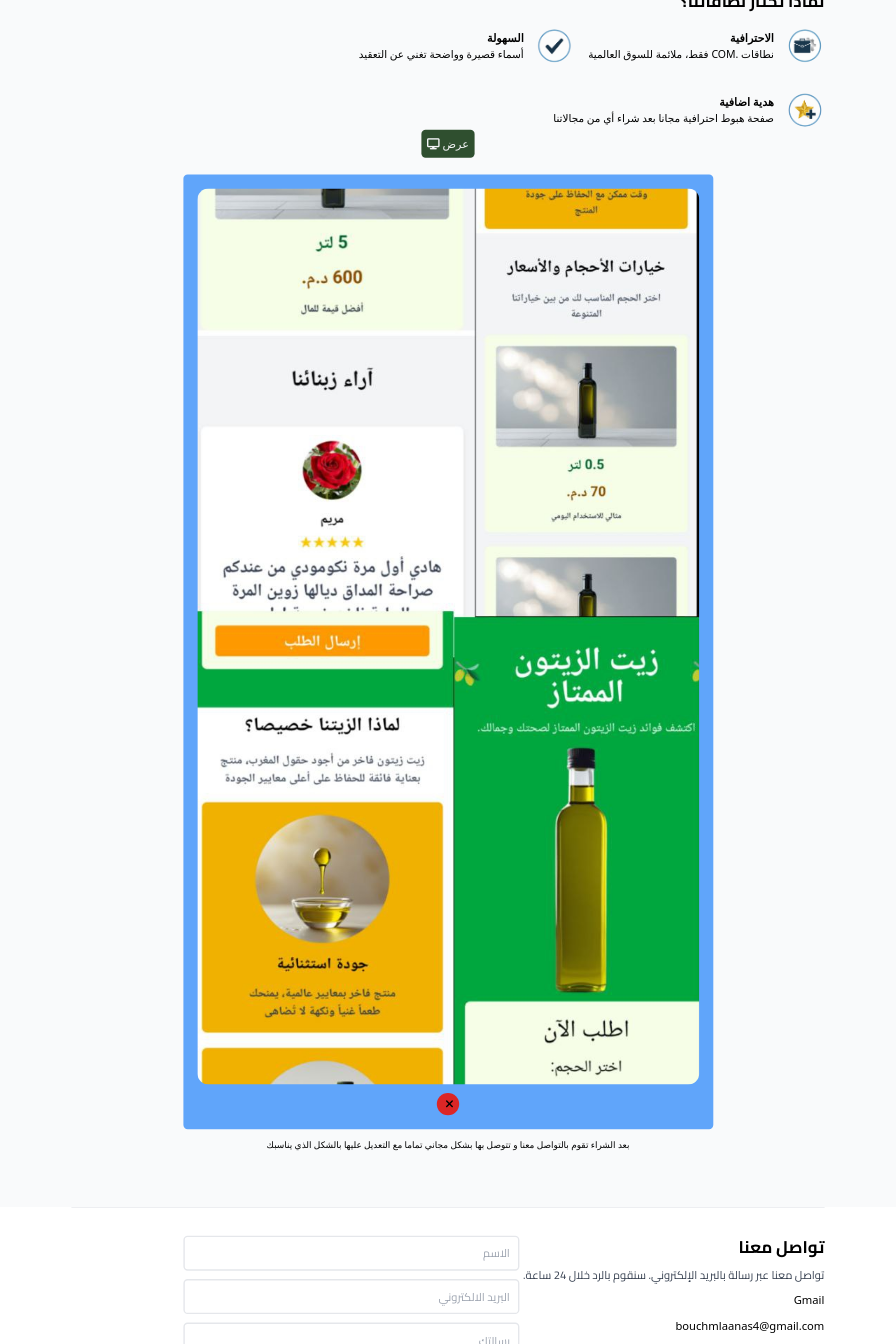
Repository: zakaria-bn05/Olive-oil-domaine-names-english-version
Page: index.html
An editor plug-in stored every save of this project. The page is shown before and after the next save, followed by the edit.
The browser window is 1280 px wide. The pictures show the part of the page from y = 2005 to 3925 px (the page is 4159 px tall before and 3022 px after), at 70% of full size.
Some web libraries are served in a nearby version.

Above is the page before, as saved 2025-11-19 04:32:42.

### index.html
<!DOCTYPE html>
<html lang="ar" dir="rtl">

<head>
    <meta charset="UTF-8">
    <meta name="viewport" content="width=device-width, initial-scale=1.0">
    <link rel="icon" type="image/x-icon" href="assets/logo.png">
    <link rel="stylesheet" href="https://cdnjs.cloudflare.com/ajax/libs/font-awesome/6.5.1/css/all.min.css">
    <script src="https://cdn.tailwindcss.com"></script>
    <link href="https://fonts.googleapis.com/css2?family=Cairo:wght@300;400;600;700;800&display=swap" rel="stylesheet">
    <title src="">بيع نطاقات زيت الزيتون .COM</title>
    <style>
        .font-cairo {
            font-family: 'Cairo', system-ui, -apple-system, 'Segoe UI', Roboto, sans-serif;
        }

        .nav-link {
            font-size: 0.95rem;
            font-weight: 600;
        }

        .nav-link:hover {
            opacity: 0.92;
        }

        .bg-olive-btn {
            background-color: #2f4f2f;
        }

        .bg-olive-btn:hover {
            filter: contrast(80%);
        }

        .header {
            height: 445px;
            background-image: url('assets/header-picture.jpg');
            background-size: cover;
            background-position: center;
        }

        .table-spaced {
            border-collapse: separate;
            border-spacing: 0 0.9rem;
        }

        .table-spaced th,
        .table-spaced td {
            background: white;
            padding: 0.75rem 1rem;
            border-radius: 8px;
        }

        .table-spaced thead th {
            background: transparent;
            font-weight: 700;
        }

        @media (max-width: 768px) {

            nav {
                margin-top: -40px;
            }

            .special-domaine {
                width: 400px
            }

            .buy-reason {
                padding-left: auto;
            }
        }
    </style>
</head>

<body class="min-h-screen flex flex-col">
    <main class="font-Cairo w-full flex flex-col bg-gray-50 text-gold-dark ">
        <nav
            class="sticky md:top-0 z-30 bg-white/60 backdrop-blur-sm flex w-full h-26 md:h-16 px-[4%] md:px-[8%] items-center justify-between md:gap-1">

            <div class=" flex items-center gap-[2%]">
                <img src="assets/logo.png" class=" w-8 cursor-pointer alt=" OliveDomains Logo">
                <div>
                    <p class="text-right font-bold">OliveDomains</p>
                    <p class="text-xs font-cairo w-30">نطاقات .COM لعلامات زيت الزيتون</p>
                </div>
            </div>
            <div class="flex items-center mt-28 mb-2 md:m-0 gap-4">
                <a id="full-list" class="text-green-900 nav-link font-cairo w-18 cursor-pointer md:w-max ">القائمة
                    الكاملة</a>
                <a id="" class="special text-green-900 nav-link font-cairo cursor-pointer ">مميزة</a>
                <a id="contact"
                    class="bg-olive-btn rounded-md p-[4px] md:p-[6px] text-gray-100 nav-link font-cairo cursor-pointer md:w-max">تواصل
                    معنا</a>
            </div>
        </nav>
        <header class="header flex items-center justify-center z-10 relative ">
            <div class="bg-white rounded-2xl backdrop-blur-sm bg-opacity-30 w-4/5 p-11 flex flex-col gap-3 ">
                <h1 class="font-cairo text-4xl font-bold text-right "> ابدأ علامتك التجارية لزيت الزيتون اليوم.</h1>
                <p class="text-gray-700 text-right text-ms ">
                    نقدم لك أسماء نطاقات .COM قصيرة، سهلة التذكر، وجاهزة للانطلاق.
                </p>
                <div class="flex md:flex-row flex-col gap-3 mt-4 ">
                    <button class="special font-cairo bg-olive-btn px-3 py-2 text-gray-100 rounded-md">استعرض النطاقات
                        المميزة
                    </button>
                    <button id="full-list-2" class="font-cairo px-3 py-2 rounded-md border-2 border-green-900 ">عرض
                        القائمة
                        الكاملة
                    </button>
                </div>
            </div>
        </header>
        <article class="px-[8%] py-10">
            <h1 class="font-cairo text-2xl font-bold">النطاقات المميزة</h1>
            <p class="font-cairo text-xm text-gray-700 ">أفضل النطاقات الجاهزة للاستعمال - قصيرة، راقية، وجاهزة لعلامتك.
            </p>
            <div class="flex gap-3 flex-wrap justify-center">
                <div
                    class="special-domaine bg-white border-2 border-gray-300 rounded-md p-5 mt-5 w-100 flex flex-col gap-3 ">
                    <p class=" font-cairo text-xm text-gray-700 ">نطاق
                    </p>
                    <p class=" font-cairo text-xl text-gray-700 font-bold ">goldenzayt.com
                    </p>
                    <p class=" font-cairo text-xm text-gray-700 ">اسم راق وسهل التذكر لماركات زيت الزيتون
                    </p>
                    <div class="flex items-center mt-auto w-full justify-between">

                        <p class=" font-cairo text-xl text-gray-700 font-bold mt-3 ">$80</p>
                        <div class="justify-end">
                            <button class="selling bg-olive-btn px-3 py-2 text-gray-100 rounded-md mt-3">اشترِ الآن
                            </button>
                            <button class="negotiate font-cairo bg-olive-btn px-3 py-2 bg-gray-100 rounded-md mt-3">
                                تفاوض
                            </button>
                        </div>

                    </div>
                </div>
                <div
                    class="special-domaine bg-white border-2 border-gray-300 rounded-md p-5 w-100 mt-5 flex flex-col gap-3 ">
                    <p class=" font-cairo text-xm text-gray-700 ">نطاق
                    </p>
                    <p class=" font-cairo text-xl text-gray-700 font-bold ">luxuryzayt.com
                    </p>
                    <p class=" font-cairo text-xm text-gray-700 ">ملائم للمنتجات الفاخرة والسوق الراقية
                    </p>
                    <div class="flex items-center mt-auto w-full justify-between">

                        <p class=" font-cairo text-xl text-gray-700 font-bold mt-3 ">$80</p>
                        <div class="justify-end">
                            <button href="" class="selling bg-olive-btn px-3 py-2 text-gray-100 rounded-md mt-3">اشترِ
                                الآن
                            </button>
                            <button class="negotiate font-cairo bg-olive-btn px-3 py-2 bg-gray-100 rounded-md mt-3">
                                تفاوض
                            </button>
                        </div>
                    </div>
                </div>
                <div
                    class="special-domaine bg-white border-2 border-gray-300 rounded-md p-5 mt-5 w-100 flex flex-col gap-3 ">
                    <p class=" font-cairo text-xm text-gray-700 ">نطاق
                    </p>
                    <p class=" font-cairo text-xl text-gray-700 font-bold ">organiczayt.com
                    </p>
                    <p class=" font-cairo text-xm text-gray-700 ">مثالي للمنتجات العضوية والعضوية المعتمدة
                    </p>
                    <div class="flex items-center w-full justify-between">

                        <p class=" font-cairo text-xl text-gray-700 font-bold mt-3 ">$80</p>
                        <div class="justify-end mt-auto">
                            <button class="selling bg-olive-btn px-3 py-2 text-gray-100 rounded-md mt-3">اشترِ الآن
                            </button>
                            <button class="negotiate font-cairo bg-olive-btn px-3 py-2 bg-gray-100 rounded-md mt-3">
                                تفاوض
                            </button>
                        </div>

                    </div>
                </div>
        </article>
        <article class="px-[8%] py-10">
            <h1 class="font-cairo text-2xl font-bold"> القائمة الكاملة للنطاقات</h1>
            <p class="font-cairo text-xm text-gray-700 ">أفضل النطاقات الجاهزة للاستعمال - قصيرة، راقية، وجاهزة لعلامتك
            </p>
            <div class="flex justify-center w-full">
                <table class=" w-5/6 text-right mt-5 bg-white p-5 rounded-md table-spaced shadow-sm">
                    <tr class="border-b-2 p-5">
                        <th>النطاق</th>
                        <th>السعر</th>
                        <th>الروابط</th>
                    </tr>
                    <tr>
                        <td class="font-bold ">zaytshop.com</td>
                        <td>$150</td>
                        <td><a href="https://sedo.com/search/?member=c67aa84ed5e26d9853476fb49144413aa5dfed49"
                                class="hover:border-b-2 border-black bg-olive-btn text-gray-100 p-1 rounded-md">
                                شراء</a></td>
                    </tr>
                    <tr>
                        <td class="font-bold ">purezayt.com</td>
                        <td>$100</td>
                        <td><a href="https://sedo.com/search/?member=c67aa84ed5e26d9853476fb49144413aa5dfed49"
                                class="hover:border-b-2 border-black bg-olive-btn text-gray-100 p-1 rounded-md">
                                شراء</a></td>
                    </tr>
                    <tr>
                        <td class="font-bold ">royalzayt.com</td>
                        <td>$100</td>
                        <td><a href="https://sedo.com/search/?member=c67aa84ed5e26d9853476fb49144413aa5dfed49"
                                class="hover:border-b-2 border-black bg-olive-btn text-gray-100 p-1 rounded-md">
                                شراء</a></td>
                    </tr>
                    <tr>
                        <td class="font-bold ">luxuryzayt.com</td>
                        <td>$80</td>
                        <td><a href="https://sedo.com/search/?member=c67aa84ed5e26d9853476fb49144413aa5dfed49"
                                class="hover:border-b-2 border-black bg-olive-btn text-gray-100 p-1 rounded-md">
                                شراء</a></td>
                    </tr>
                    <tr>
                        <td class="font-bold ">goldenzayt.com</td>
                        <td>$80</td>
                        <td><a href="https://sedo.com/search/?member=c67aa84ed5e26d9853476fb49144413aa5dfed49"
                                class="hover:border-b-2 border-black bg-olive-btn text-gray-100 p-1 rounded-md">
                                شراء</a></td>
                    </tr>
                    <tr>
                        <td class="font-bold ">zaytounbio.com</td>
                        <td>$100</td>
                        <td><a href="https://sedo.com/search/?member=c67aa84ed5e26d9853476fb49144413aa5dfed49"
                                class="hover:border-b-2 border-black bg-olive-btn text-gray-100 p-1 rounded-md">
                                شراء</a></td>
                    </tr>

                    <tr>
                        <td class="font-bold ">healthyzayt.com</td>
                        <td>$80</td>
                        <td><a href="https://sedo.com/search/?member=c67aa84ed5e26d9853476fb49144413aa5dfed49"
                                class="hover:border-b-2 border-black bg-olive-btn text-gray-100 p-1 rounded-md">
                                شراء</a></td>
                    </tr>
                    <tr>
                        <td class="font-bold ">premiumzayt.com</td>
                        <td>$100</td>
                        <td><a href="https://sedo.com/search/?member=c67aa84ed5e26d9853476fb49144413aa5dfed49"
                                class="hover:border-b-2 border-black bg-olive-btn text-gray-100 p-1 rounded-md">
                                شراء</a></td>
                    </tr>
                    <tr>
                        <td class="font-bold ">moroccozayt.com</td>
                        <td>$150</td>
                        <td><a href="https://sedo.com/search/?member=c67aa84ed5e26d9853476fb49144413aa5dfed49"
                                class="hover:border-b-2 border-black bg-olive-btn text-gray-100 p-1 rounded-md">
                                شراء</a></td>
                    </tr>
                    <tr>
                        <td class="font-bold ">naturalzayt.com</td>
                        <td>$80</td>
                        <td><a href="https://sedo.com/search/?member=c67aa84ed5e26d9853476fb49144413aa5dfed49"
                                class="hover:border-b-2 border-black bg-olive-btn text-gray-100 p-1 rounded-md">
                                شراء</a></td>
                    </tr>

                    <tr>
                        <td class="font-bold ">organiczayt.com</td>
                        <td>$80</td>
                        <td><a href="https://sedo.com/search/?member=c67aa84ed5e26d9853476fb49144413aa5dfed49"
                                class="hover:border-b-2 border-black bg-olive-btn text-gray-100 p-1 rounded-md">
                                شراء</a></td>
                    </tr>
                    <tr>
                        <td class="font-bold ">moroccopureoil.com</td>
                        <td>$300</td>
                        <td><a href="https://sedo.com/search/?member=c67aa84ed5e26d9853476fb49144413aa5dfed49"
                                class="hover:border-b-2 border-black bg-olive-btn text-gray-100 p-1 rounded-md">
                                شراء</a></td>
                    </tr>
                    <tr>
                        <td class="font-bold ">zaytounorganic.com</td>
                        <td>$100</td>
                        <td><a href="https://sedo.com/search/?member=c67aa84ed5e26d9853476fb49144413aa5dfed49"
                                class="hover:border-b-2 border-black bg-olive-btn text-gray-100 p-1 rounded-md">
                                شراء</a></td>
                    </tr>
                </table>
            </div>

        </article>
        <article class="px-[8%] py-10">
            <h1 class="font-cairo text-2xl font-bold"> لماذا تختار نطاقاتنا؟ </h1>
            <div class="flex flex-wrap gap-4">
                <div class=" flex gap-5 mt-5 p-1 rounded-md ">
                    <img src=" assets/pro-logo.png" class="buy-reason w-12 h-12 rounded-full" alt="">
                    <div>
                        <p class="font-bold">الاحترافية</p>
                        <p class="text-[15px]">نطاقات .COM فقط، ملائمة للسوق العالمية</p>
                    </div>
                </div>
                <div class="flex gap-5 mt-5 p-1 rounded-md ">
                    <img src="assets/easy-logo.png" class="buy-reason w-12 h-12 rounded-full" alt="">
                    <div>
                        <p class="font-bold">السهولة</p>
                        <p class="text-[15px]"> أسماء قصيرة وواضحة تغني عن التعقيد</p>
                    </div>
                </div>
                <div class="flex gap-5 mt-5 p-1 rounded-md ">
                    <img src="assets/bonus-logo.png" class="buy-reason w-12 h-12 rounded-full" alt="">
                    <div>
                        <p class="font-bold">هدية اضافية</p>
                        <p class="text-[15px]"> صفحة هبوط احترافية مجانا بعد شراء أي من مجالاتنا </p>
                    </div>
                </div>

            </div>
            <div class="flex flex-col gap-3 items-center">
                <button id="display-landing-page" class=" bg-olive-btn p-2 text-ms text-gray-100 rounded-md w-max">عرض
                    <i class="fa-solid fa-display"></i></button>
                <div id="fixed inset-0 landing-page-container"
                    class="flex flex-col justify-center items-center gap-3 h-100 p-5 rounded-md mt-3 bg-blue-400 ">
                    <img src="assets/landing-page.jpg" class="rounded-2xl" alt="">
                    <i
                        class="fa-solid fa-xmark close-red-icon w-8 h-8 font-bold cursor-pointer bg-red-600 hover:bg-red-500 transition-all hover:scale-110 rounded-full p-2"></i>
                </div>
                <small>بعد الشراء تقوم بالتواصل معنا و تتوصل بها بشكل مجاني تماما مع التعديل عليها بالشكل الذي
                    يناسبك</small>

            </div>
            </div>

        </article>
        <article class="px-[8%] mt-10 bg-white">
            <hr>
            <div class="flex flex-wrap justify-between pt-10">
                <div class="flex flex-col gap-3">
                    <h1 class="font-cairo text-2xl font-bold "> تواصل معنا </h1>
                    <p class="font-cairo text-xm text-gray-700 m-none p-none ">
                        تواصل معنا عبر رسالة بالبريد الإلكتروني.
                        سنقوم بالرد خلال 24 ساعة.
                    </p>
                    <a href="">Gmail </a>
                    <a href="mailto:bouchmlaanas4@gmail.com">bouchmlaanas4@gmail.com</a>
                </div>
                <form class="flex flex-col gap-3 ml-10 w-[600px] rounded-md" action="https://formspree.io/f/xnnwjaby"
                    method="POST">
                    <input type="text" name="name"
                        class="w-4/5 font-cairo text-ms h-[50px] rounded-md  border-2 border-gray-200 p-3 "
                        placeholder="الاسم">
                    <input type="email" name="mail"
                        class="w-4/5 font-cairo text-ms p-3 h-[50px] rounded-md border-2 border-gray-200"
                        placeholder="البريد الالكتروني">
                    <textarea name="subject" cols="30"
                        class="w-4/5 font-cairo text-ms p-3 rounded-md border-2 border-gray-200"
                        placeholder="رسالتك "></textarea>
                    <div class="flex items-center gap-6">
                        <input type="submit" value="إرسال"
                            class="bg-olive-btn font-cairo px-3 py-2 text-gray-100 rounded-md mt-3 w-1/4 cursor-pointer">
                        <small class="text-gray-600">أو استخدم الايمايل للمحادثة البريدية</small>
                    </div>
                </form>
            </div>
            <br>
            <hr>
            <footer>
                <pre class="text-center text-xm font-cairo text-gray-700">سياسة الخصوصية · شروط الاستخدام
                The Website Developer :
                Zakariabenhachem05@gmail.com
            </pre>
            </footer>
        </article>


    </main>
    <script src="index.js"></script>
</body>

</html>

### index.js
const break_point = 768;
const window_width = window.innerWidth;
console.log(window_width, break_point);
const contact = document.getElementById('contact');
const fullList = document.getElementById('full-list');

const fullList2 = document.getElementById('full-list-2');

contact.addEventListener('click', () => {
    window.scrollTo({
        top: document.body.scrollHeight,
        behavior: 'smooth'
    });
});

fullList.addEventListener('click', () => {
    const scrolling = window_width > break_point ? 850 : 1490;
    window.scrollTo({
        top: scrolling,
        behavior: 'smooth'
    });
});

fullList2.addEventListener('click', () => {
    const scrolling = window_width > break_point ? 850 : 1490;
    window.scrollTo({
        top: scrolling,
        behavior: 'smooth'
    });
});

const specials = document.querySelectorAll('.special');
specials.forEach(special => {
    special.addEventListener('click', () => {
        const scrolling = window_width > break_point ? 450 : 450;
        window.scrollTo({
            top: scrolling,
            behavior: 'smooth'
        });
    });
});

const negotiationBtn = document.querySelectorAll('.negotiate');
negotiationBtn.forEach(element => {
    element.addEventListener('click', () => {
        window.scrollTo({
            top: document.body.scrollHeight,
            behavior: 'smooth'
        });
    });
});

const sellingBtn = document.querySelectorAll('.selling');
sellingBtn.forEach(element => {
    element.addEventListener('click', () => {
        window.open('https://sedo.com/search/?showportfolio=c67aa84ed5e26d9853476fb49144413aa5dfed49', '_blank');
    });
});
const displayLandingPageBtn = document.getElementById('display-landing-page');
displayLandingPageBtn.addEventListener('click', () => {

});

After the next save:
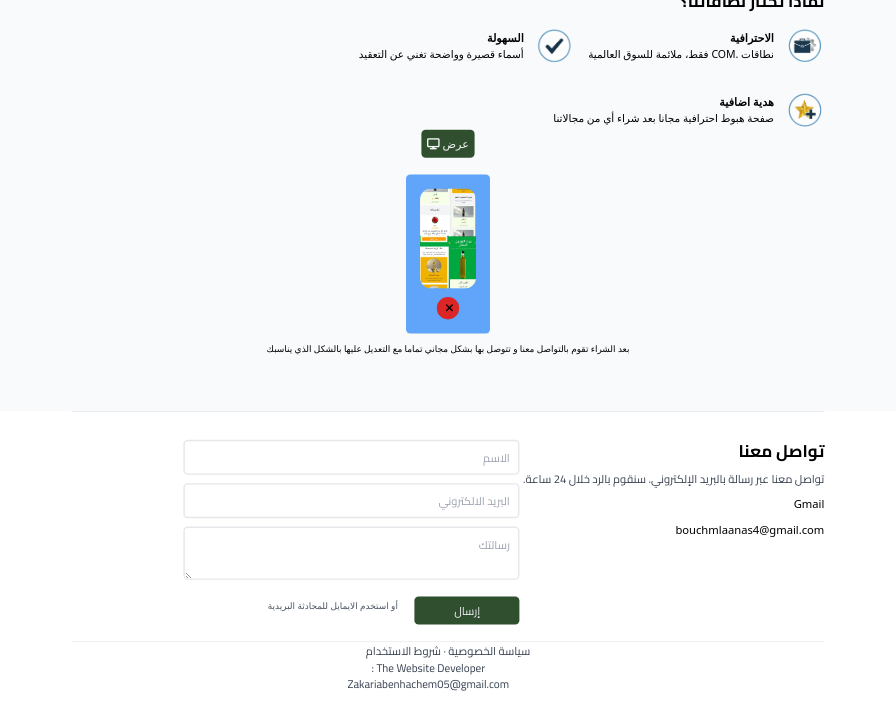
Saved 65 s later.
--- a/index.html
+++ b/index.html
@@ -318,7 +318,7 @@
                     <i class="fa-solid fa-display"></i></button>
                 <div id="fixed inset-0 landing-page-container"
                     class="flex flex-col justify-center items-center gap-3 h-100 p-5 rounded-md mt-3 bg-blue-400 ">
-                    <img src="assets/landing-page.jpg" class="rounded-2xl" alt="">
+                    <img src="assets/landing-page.jpg" class="w-20 h-50 rounded-2xl" alt="">
                     <i
                         class="fa-solid fa-xmark close-red-icon w-8 h-8 font-bold cursor-pointer bg-red-600 hover:bg-red-500 transition-all hover:scale-110 rounded-full p-2"></i>
                 </div>
